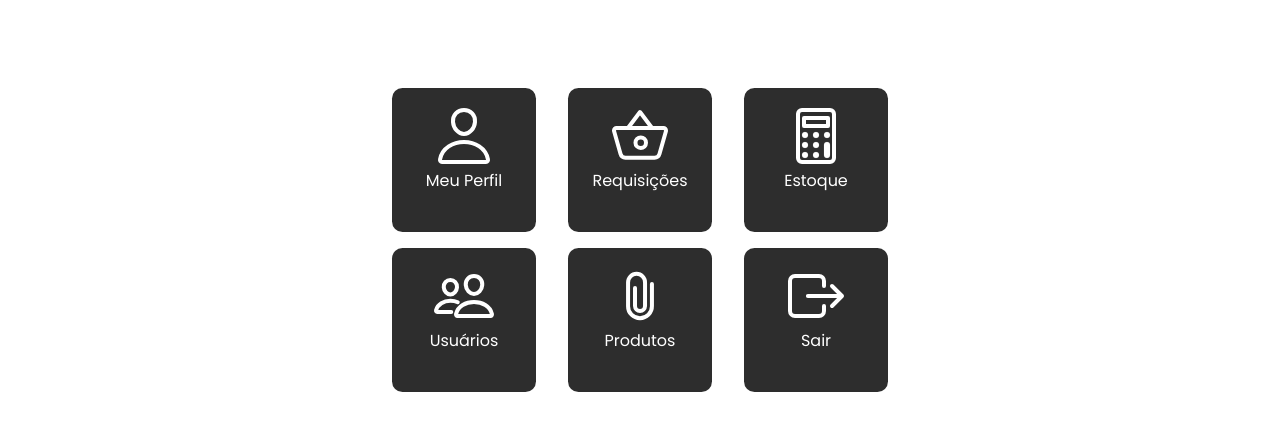
Repository: BeatrizFloriano96/myPagesSpeedLog
Page: html/usuarios.html
The author's editor kept a copy of each file at every save. The page is drawn from the files as they stood at one save, then again after the next save.
The browser window is 1280 px wide. The pictures show the whole page.

Above is the page before, as saved 2022-01-29 12:45:14.

### html/usuarios.html
<link rel="stylesheet" href="../css/usuarios.css">

<body>

    <section>
        <!--início ícones principais-->
        <div id="icones-principais">

            <!--início box 1-->
            <div class="box">
                <div class="icones">
                    <div>
                        <a href="/perfil">
                            <ion-icon class="icon" name="person-outline"></ion-icon>
                        </a>
                    </div>
                    <p>Meu Perfil</p>
                </div>
                <div class="icones">
                    <div>
                        <a href="/usuarios">
                            <ion-icon class="icon" name="people-outline"></ion-icon>
                        </a>
                    </div>
                    <p>Usuários</p>
                </div>
            </div>
            <!--Fim box 1-->

            <!--início box 2-->
            <div class="box">
                <div class="icones">
                    <div>
                        <a href="/requisicoes">
                            <ion-icon class="icon" name="basket-outline"></ion-icon>
                        </a>
                    </div>
                    <p>Requisições</p>
                </div>
                <div class="icones">
                    <div>
                        <a href="/produtos">
                            <ion-icon class="icon" name="attach-outline"></ion-icon>
                        </a>
                    </div>
                    <p>Produtos</p>
                </div>
            </div>
            <!--Fim box 2-->

            <!--Início box 3-->
            <div class="box">
                <div class="icones">
                    <div>
                        <a href="/estoque">
                            <ion-icon class="icon" name="calculator-outline"></ion-icon>
                        </a>
                    </div>
                    <p>Estoque</p>
                </div>
                <div class="icones">
                    <div>
                        <a href="/">
                            <ion-icon class="icon" name="exit-outline"></ion-icon>
                        </a>
                    </div>
                    <p>Sair</p>
                </div>
            </div>

            <!--final box 3-->

        </div>
        <!--Final ícones principais-->

        <script type="module" src="https://unpkg.com/ionicons@5.5.2/dist/ionicons/ionicons.esm.js"></script>
        <script nomodule src="https://unpkg.com/ionicons@5.5.2/dist/ionicons/ionicons.js"></script>
    </section>




</body>

### css/usuarios.css
@import url('https://fonts.googleapis.com/css2?family=Poppins:wght@100;200;300;400;500;600;700&display=swap');
@import url('https://fonts.googleapis.com/css2?family=Patrick+Hand&display=swap');

*{
    padding: 0;
    margin: 0;
    box-sizing: border-box;
    border: none;
    font-family: 'Poppins'
}

#icones-principais {
    margin-top: 10vh;
    max-width: 75vh;
    margin-right: auto;
    margin-left: auto;
    display: flex;
    flex-wrap: wrap;
    justify-content: center;
    }

p, a {
    color: white;

}

.icones a {
    font-size: 4rem;
}


.icones{
    background-color:#2d2d2d;
    min-height: 20vh;
    min-width: 20vh;
    margin: 1rem;
    padding: 1rem;
    border-radius: 10.5px;
    text-align: center;

}

After the next save:
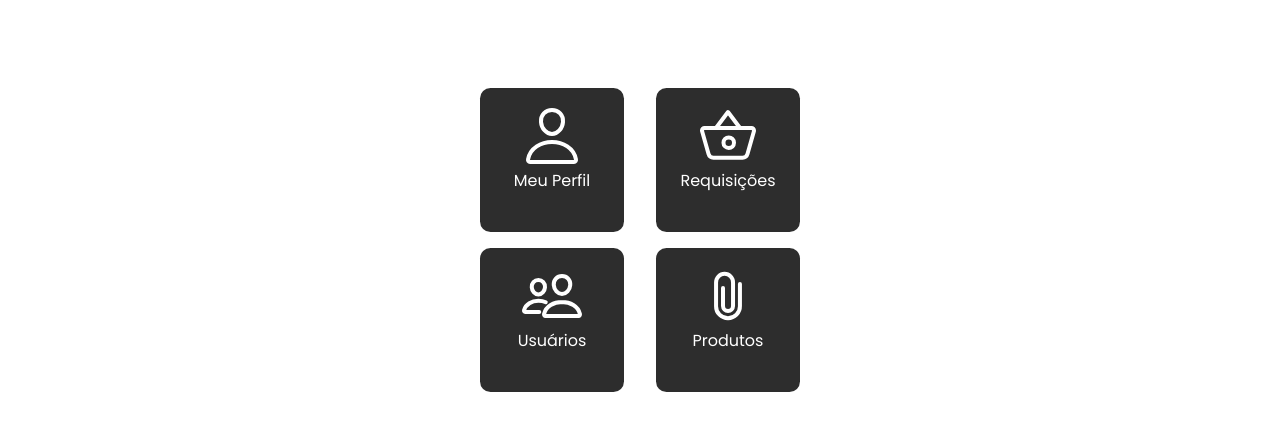
Saved 91 s later.
--- a/html/usuarios.html
+++ b/html/usuarios.html
@@ -48,27 +48,6 @@
             </div>
             <!--Fim box 2-->
 
-            <!--Início box 3-->
-            <div class="box">
-                <div class="icones">
-                    <div>
-                        <a href="/estoque">
-                            <ion-icon class="icon" name="calculator-outline"></ion-icon>
-                        </a>
-                    </div>
-                    <p>Estoque</p>
-                </div>
-                <div class="icones">
-                    <div>
-                        <a href="/">
-                            <ion-icon class="icon" name="exit-outline"></ion-icon>
-                        </a>
-                    </div>
-                    <p>Sair</p>
-                </div>
-            </div>
-
-            <!--final box 3-->
 
         </div>
         <!--Final ícones principais-->
